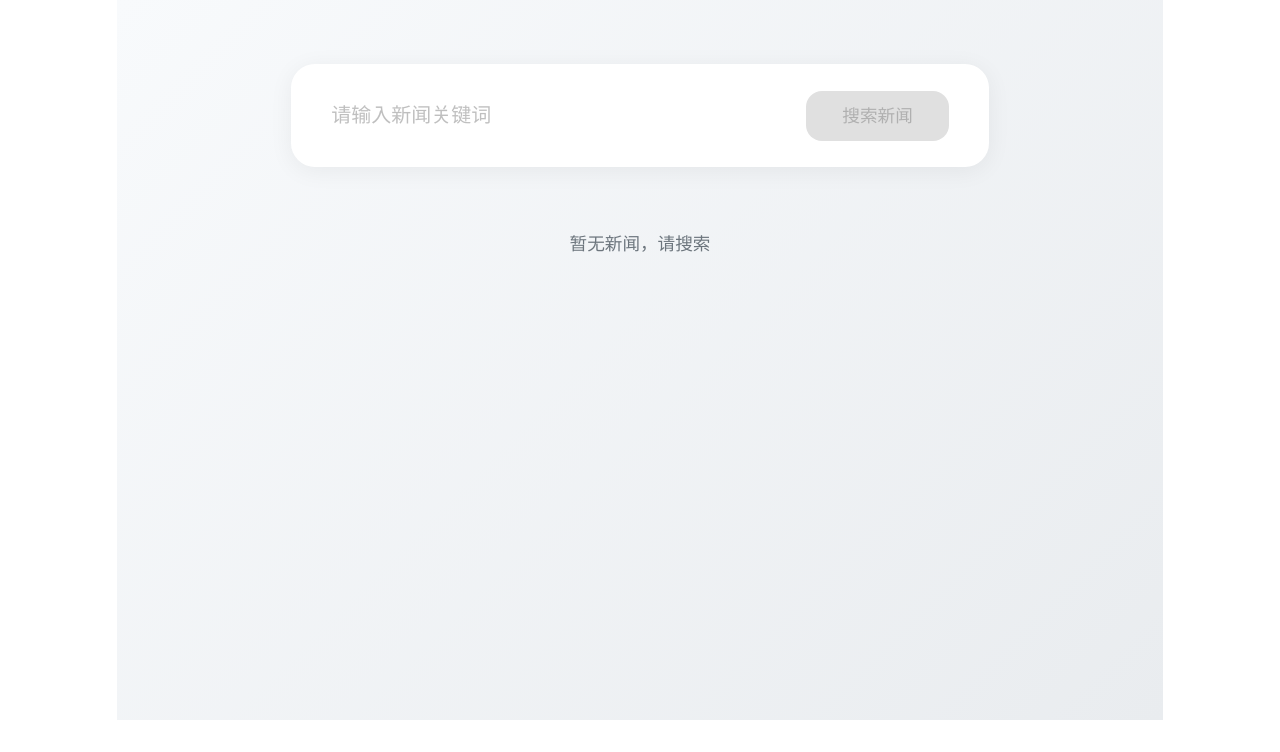
Repository: XJN7197/NewsAssistantBaseMCP
Page: / (app in frontend/)
These files come from the project's save history. The page is drawn as it stood at one moment and after the next save; the edit follows.
The browser window is 1280 px wide. The pictures show the whole page.
The project was rebuilt for these pictures with package versions that can differ from the ones it lists, and the page was loaded fresh each time. Also part of the build but not shown: frontend/vite.config.ts.

Above is the page before, as saved 2025-05-22 23:34:14.

After the next save:
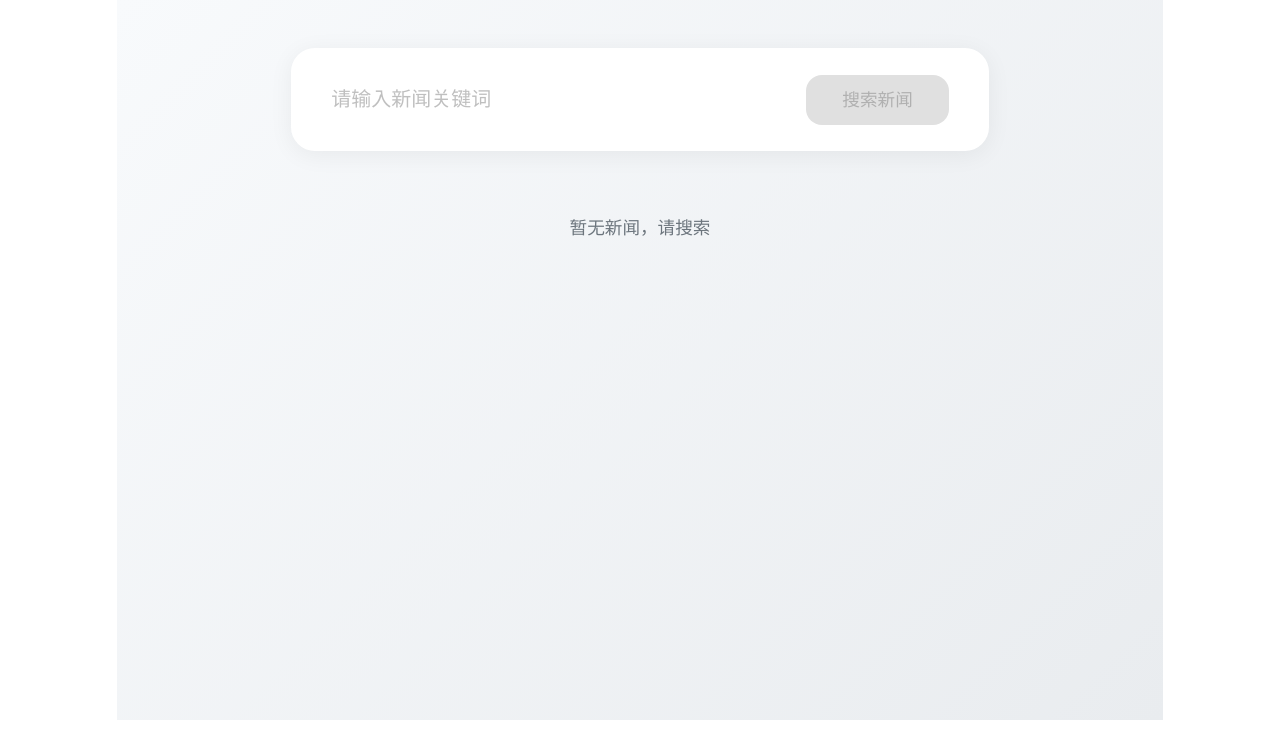
Saved 33 s later.
--- a/frontend/src/pages/Home.module.css
+++ b/frontend/src/pages/Home.module.css
@@ -4,8 +4,7 @@
   display: flex;
   flex-direction: column;
   align-items: center;
-
-  padding: 64px 0 48px 0; /* 调整了上下padding，左右padding设为0，因为内容区会通过max-width控制 */
+  padding: 48px 0 48px 0; /* 调整了上下padding，左右padding设为0，因为内容区会通过max-width控制 */
   font-family: -apple-system, BlinkMacSystemFont, "Segoe UI", Roboto, "Helvetica Neue", Arial, "PingFang SC", "Hiragino Sans GB", "Microsoft YaHei", sans-serif;
 }
 
